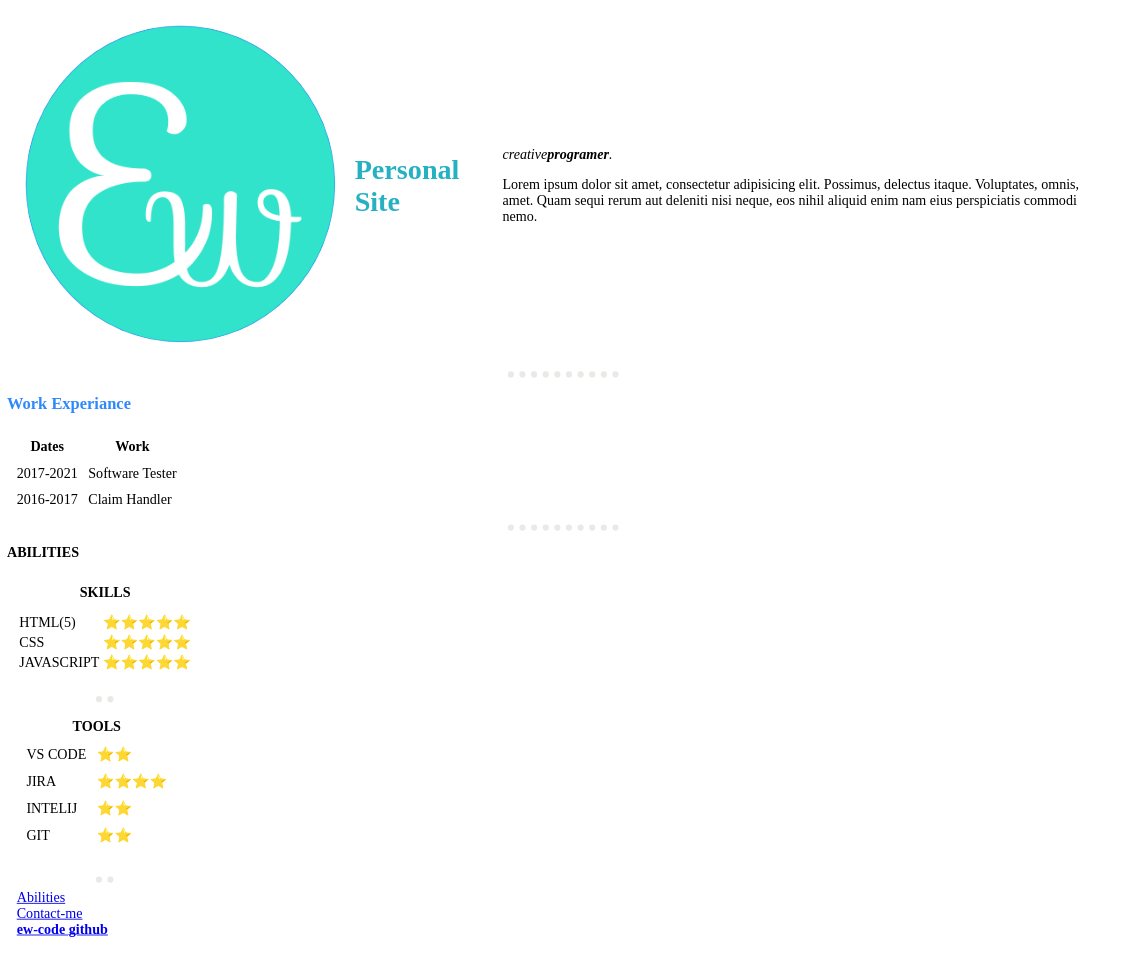
Repository: ew-code/Web-Development
Page: HTML - Personal Site/index.html
These files come from the project's save history. The page is drawn as it stood at one moment and after the next save; the edit follows.
The browser window is 1280 px wide. The pictures show the whole page, at 88% of full size.

Above is the page before, as saved 2021-01-08 20:06:01.

After the next save:
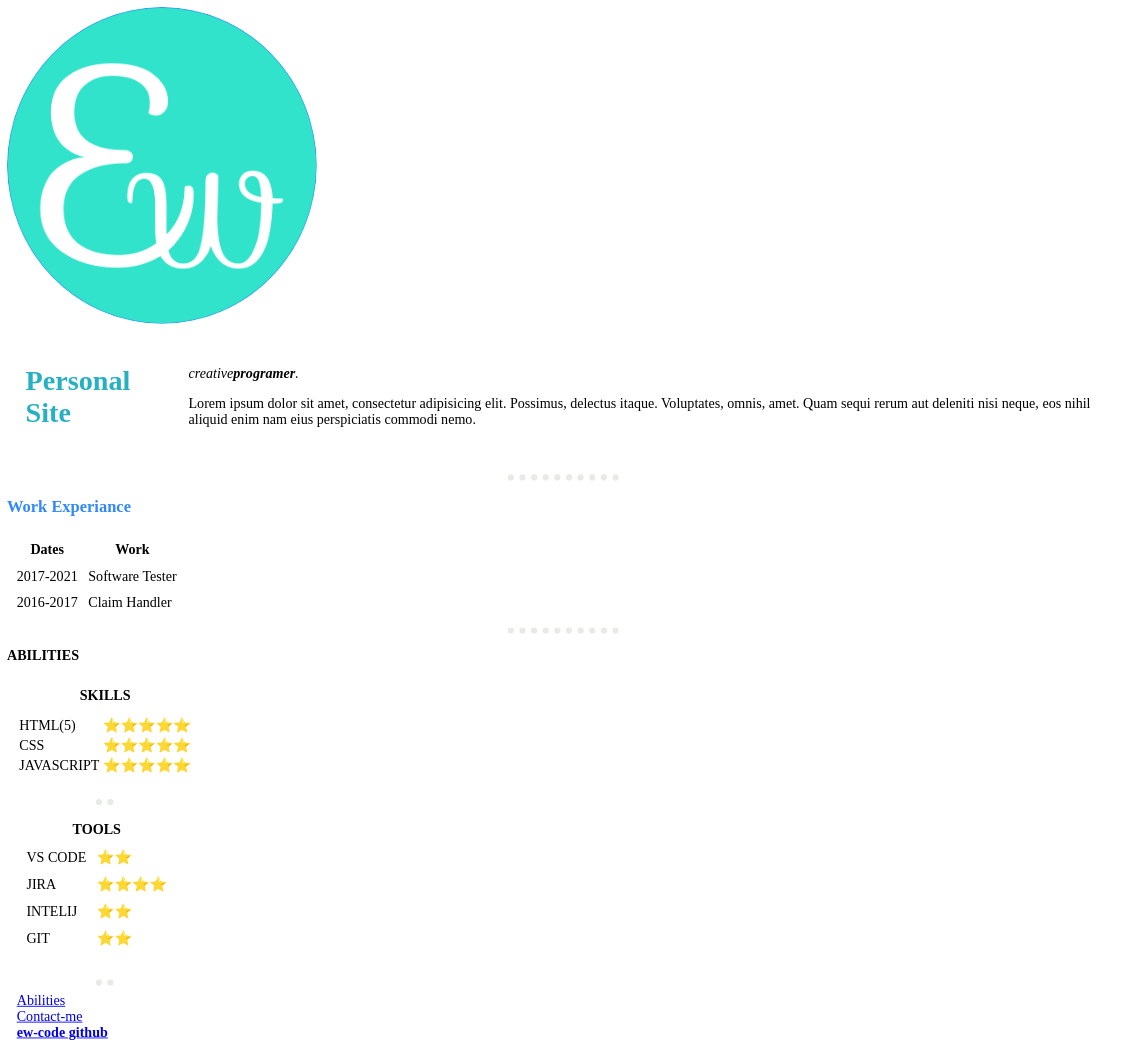
Saved 45 s later.
--- a/HTML - Personal Site/index.html
+++ b/HTML - Personal Site/index.html
@@ -10,7 +10,7 @@
 <body>
   <table cellspacing="20">
     <tr>
-      <td><img src="images/Frame 1.png" alt="dot" class="circular"></td>
+      <img src="images/Frame 1.png" alt="dot" class="circular"></>
       <td>
         <h1>Personal Site</h1>
       </td>
